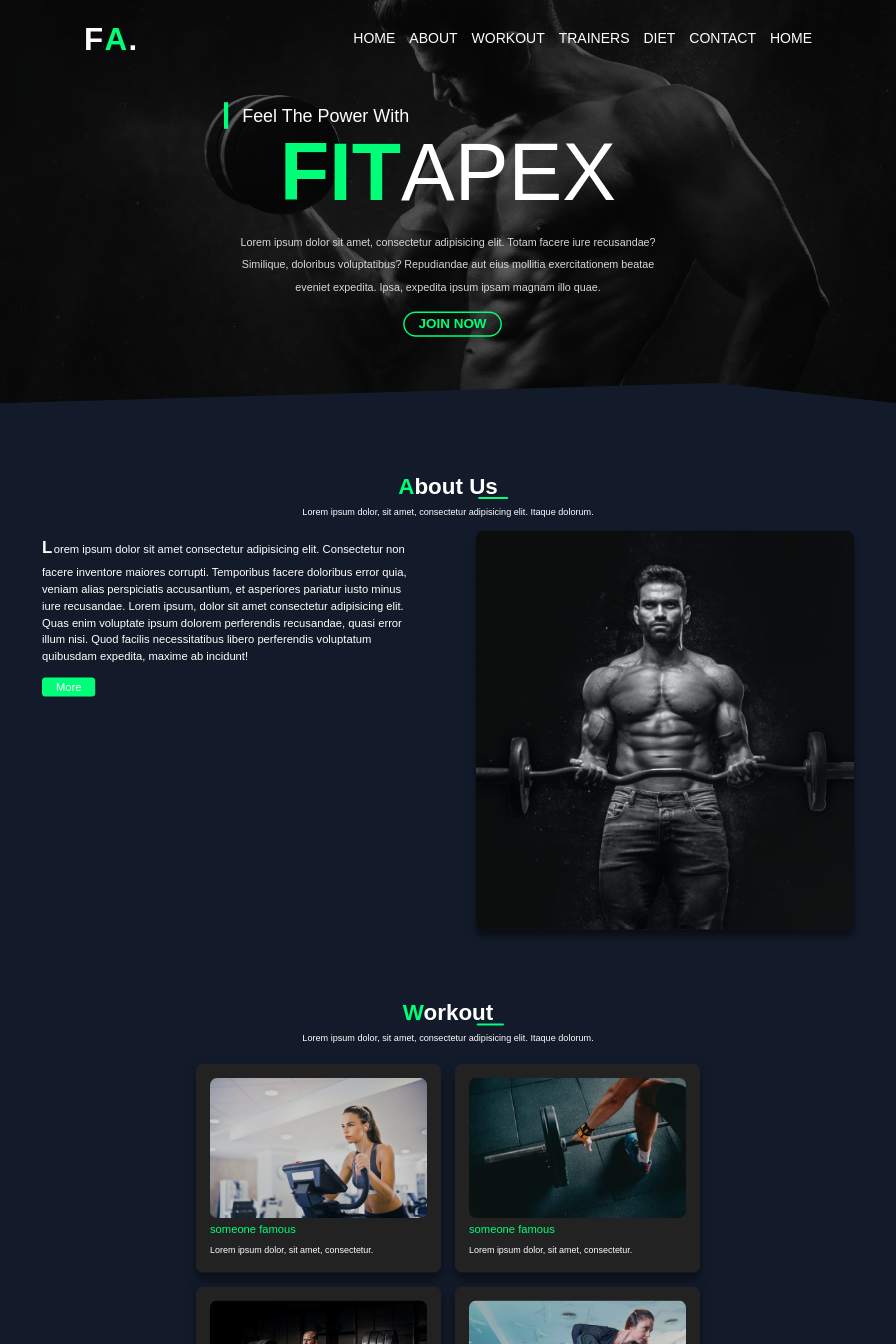
Repository: guilhermecardoso93/fitapex
Page: index.html
An editor plug-in stored every save of this project. The page is shown before and after the next save, followed by the edit.
The browser window is 1280 px wide. The pictures show the part of the page from y = 0 to 1920 px (the page is 7266 px tall), at 70% of full size.

Above is the page before, as saved 2023-03-08 21:36:32.

### index.html
<!DOCTYPE html>
<html lang="pr-BR">
  <head>
    <meta charset="UTF-8" />
    <meta http-equiv="X-UA-Compatible" content="IE=edge" />
    <meta name="viewport" content="width=device-width, initial-scale=1.0" />
    <link rel="stylesheet" href="styles.css" />
    <link
      rel="stylesheet"
      href="https://cdnjs.cloudflare.com/ajax/libs/font-awesome/4.7.0/css/font-awesome.css"
      />
    <title>F.A GYM</title>
  </head>
  <body>
    <div class="navbar">
      <a href="#" class="logo">F<B>A</B>.</a>
      <div class="toggle"></div>
      <ol>
        <li>
          <a href="#home">home</a>
        </li>
        <li>
          <a href="#about">about</a>
        </li>
        <li>
          <a href="#workout">workout</a>
        </li>
        <li>
          <a href="#trainers">trainers</a>
        </li>
        <li>
          <a href="#diet">diet</a>
        </li>
        <li>
          <a href="#contact">contact</a>
        </li>
        <li>
          <a href="#home">home</a>
        </li>
      </ol>
    </div>

    <section id="home" class="home view">
      <div class="highlights">
        <h3>feel the power with</h3>
        <h1><b>FIT</b>APEX</h1>
        <br />
        <p class="tagline">
          Lorem ipsum dolor sit amet, consectetur adipisicing elit. Totam facere
          iure recusandae? Similique, doloribus voluptatibus? Repudiandae aut
          eius mollitia exercitationem beatae eveniet expedita. Ipsa, expedita
          ipsum ipsam magnam illo quae.
        </p>
        <button class="join">join now</button>
      </div>
      <div class="banner" />
      </section>

      <section id="about" class="about view">
        <div class="main">
          <h2><span>A</span>bout Us</h2>
          <h6>
            Lorem ipsum dolor, sit amet, consectetur adipisicing elit. Itaque
            dolorum.
          </h6>
        </div>
        <div class="content">
          <div class="cols">
            <p>
              <b>L</b>orem ipsum dolor sit amet consectetur adipisicing elit.
              Consectetur non facere inventore maiores corrupti. Temporibus
              facere
              doloribus error quia, veniam alias perspiciatis accusantium, et
              asperiores pariatur iusto minus iure recusandae. Lorem ipsum,
              dolor
              sit amet consectetur adipisicing elit. Quas enim voluptate ipsum
              dolorem perferendis recusandae, quasi error illum nisi. Quod
              facilis
              necessitatibus libero perferendis voluptatum quibusdam expedita,
              maxime ab incidunt!
            </p>
            <a href="#">more</a>
          </div>
          <div class="cols">
            <div class="box">
              <img src="./assets/about.jpg" alt="" />
            </div>
          </div>
        </div>
      </section>

      <section id="workout" class="workout view">
        <div class="main">
          <h2><span>W</span>orkout</h2>
          <h6>
            Lorem ipsum dolor, sit amet, consectetur adipisicing elit. Itaque
            dolorum.
          </h6>
        </div>
        <div class="content">
          <div class="frame">
            <div class="box">
              <img src="./assets/workout1.jpg" alt="" />
            </div>
            <div class="title">someone famous</div>
            <p>Lorem ipsum dolor, sit amet, consectetur.</p>
          </div>
          <div class="frame">
            <div class="box">
              <img src="./assets/workout2.jpg" alt="" />
            </div>
            <div class="title">someone famous</div>
            <p>Lorem ipsum dolor, sit amet, consectetur.</p>
          </div>
          <div class="frame">
            <div class="box">
              <img src="./assets/workout3.jpg" alt="" />
            </div>
            <div class="title">someone famous</div>
            <p>Lorem ipsum dolor, sit amet, consectetur.</p>
          </div>
          <div class="frame">
            <div class="box">
              <img src="./assets/workout4.jpg" alt="" />
            </div>
            <div class="title">someone famous</div>
            <p>Lorem ipsum dolor, sit amet, consectetur.</p>
          </div>
          <div class="frame">
            <div class="box">
              <img src="./assets/workout5.jpg" alt="" />
            </div>
            <div class="title">someone famous</div>
            <p>Lorem ipsum dolor, sit amet, consectetur.</p>
          </div>
          <div class="frame">
            <div class="box">
              <img src="./assets/workout6.jpg" alt="" />
            </div>
            <div class="title">someone famous</div>
            <p>Lorem ipsum dolor, sit amet, consectetur.</p>
          </div>
        </div>
      </section>

      <section id="trainers" class="trainers view">
        <div class="main">
          <h2><span>B</span>est<span> T</span>rainers</h2>
          <h6>
            Lorem ipsum dolor, sit amet, consectetur adipisicing elit. Itaque
            dolorum.
          </h6>
        </div>
        <div class="content">
          <div class="frame">
            <div class="box">
              <img src="./assets/trainer1.jpg" alt="" />
            </div>
            <div class="headline">
              <div class="title">someone famous</div>
              <div class="icons">
                <i class="fa fa-facebook"></i>
                <i class="fa fa-twitter"></i>
                <i class="fa fa-linkedin"></i>
              </div>
            </div>
            <p>Lorem ipsum dolor sit, amet consectetur adipisicing elit.</p>
            <a href="">Explore</a>
          </div>
          <div class="frame">
            <div class="box">
              <img src="./assets/trainer2.jpg" alt="" />
            </div>
            <div class="headline">
              <div class="title">someone famous</div>
              <div class="icons">
                <i class="fa fa-facebook"></i>
                <i class="fa fa-twitter"></i>
                <i class="fa fa-linkedin"></i>
              </div>
            </div>
            <p>Lorem ipsum dolor sit, amet consectetur adipisicing elit.</p>
            <a href="">Explore</a>
          </div>
          <div class="frame">
            <div class="box">
              <img src="./assets/trainer3.jpg" alt="" />
            </div>
            <div class="headline">
              <div class="title">someone famous</div>
              <div class="icons">
                <i class="fa fa-facebook"></i>
                <i class="fa fa-twitter"></i>
                <i class="fa fa-linkedin"></i>
              </div>
            </div>
            <p>Lorem ipsum dolor sit, amet consectetur adipisicing elit.</p>
            <a href="">Explore</a>
          </div>
          <div class="frame">
            <div class="box">
              <img src="./assets/trainer4.jpg" alt="" />
            </div>
            <div class="headline">
              <div class="title">someone famous</div>
              <div class="icons">
                <i class="fa fa-facebook"></i>
                <i class="fa fa-twitter"></i>
                <i class="fa fa-linkedin"></i>
              </div>
            </div>
            <p>Lorem ipsum dolor sit, amet consectetur adipisicing elit.</p>
            <a href="">Explore</a>
          </div>
        </div>
      </section>

      <section id="diet" class="diet view">
        <div class="main">
          <h2><span>S</span>pecial<span> D</span>iet</h2>
          <h6>
            Lorem ipsum dolor, sit amet, consectetur adipisicing elit. Itaque
            dolorum.
          </h6>
        </div>
        <div class="content">
          <div class="row">
            <div class="cols a">
              <div class="heading">
                boiled chicken
              </div>
              <p>
                Lorem ipsum dolor sit amet consectetur adipisicing elit.
                Nostrum provident minus distinctio architecto debitis eos
                adipisci ipsum iure qui esse corporis vitae facere aliquid magni
                maiores, sit cupiditate dignissimos amet. Lorem ipsum dolor sit
                amet consectetur adipisicing elit. <br> Repellat non, tempora
                deleniti soluta placeat quam? Dolorem architecto nemo quae nulla
                provident natus quasi perferendis assumenda in, dolor deleniti
                aspernatur est.
              </p>
            </div>
            <div class="cols b">
              <div class="boxes">
                <img src="./assets/diet1.jpg" alt="">
              </div>
            </div>
          </div>
          <div class="row">
            <div class="cols a">
              <div class="heading">
                bread salad
              </div>
              <p>
                Lorem ipsum dolor sit amet consectetur adipisicing elit.
                Nostrum provident minus distinctio architecto debitis eos
                adipisci ipsum iure qui esse corporis vitae facere aliquid magni
                maiores, sit cupiditate dignissimos amet. Lorem ipsum dolor sit
                amet consectetur adipisicing elit. <br> Repellat non, tempora
                deleniti soluta placeat quam? Dolorem architecto nemo quae nulla
                provident natus quasi perferendis assumenda in, dolor deleniti
                aspernatur est.
              </p>
            </div>
            <div class="cols b">
              <div class="boxes">
                <img src="./assets/diet2.jpg" alt="">
              </div>
            </div>
          </div>
          <div class="row">
            <div class="cols a">
              <div class="heading">
                dry fruits
              </div>
              <p>
                Lorem ipsum dolor sit amet consectetur adipisicing elit.
                Nostrum provident minus distinctio architecto debitis eos
                adipisci ipsum iure qui esse corporis vitae facere aliquid magni
                maiores, sit cupiditate dignissimos amet. Lorem ipsum dolor sit
                amet consectetur adipisicing elit. <br> Repellat non, tempora
                deleniti soluta placeat quam? Dolorem architecto nemo quae nulla
                provident natus quasi perferendis assumenda in, dolor deleniti
                aspernatur est.
              </p>
            </div>
            <div class="cols b">
              <div class="boxes">
                <img src="./assets/diet3.jpg" alt="">
              </div>
            </div>
          </div>
          <div class="row">
            <div class="cols a">
              <div class="heading">
                healthy fruits
              </div>
              <p>
                Lorem ipsum dolor sit amet consectetur adipisicing elit.
                Nostrum provident minus distinctio architecto debitis eos
                adipisci ipsum iure qui esse corporis vitae facere aliquid magni
                maiores, sit cupiditate dignissimos amet. Lorem ipsum dolor sit
                amet consectetur adipisicing elit. <br> Repellat non, tempora
                deleniti soluta placeat quam? Dolorem architecto nemo quae nulla
                provident natus quasi perferendis assumenda in, dolor deleniti
                aspernatur est.
              </p>
            </div>
            <div class="cols b">
              <div class="boxes">
                <img src="./assets/diet4.jpg" alt="">
              </div>
            </div>
          </div>
          <div class="row">
            <div class="cols a">
              <div class="heading">
                fresh juices
              </div>
              <p>
                Lorem ipsum dolor sit amet consectetur adipisicing elit.
                Nostrum provident minus distinctio architecto debitis eos
                adipisci ipsum iure qui esse corporis vitae facere aliquid magni
                maiores, sit cupiditate dignissimos amet. Lorem ipsum dolor sit
                amet consectetur adipisicing elit. <br> Repellat non, tempora
                deleniti soluta placeat quam? Dolorem architecto nemo quae nulla
                provident natus quasi perferendis assumenda in, dolor deleniti
                aspernatur est.
              </p>
            </div>
            <div class="cols b">
              <div class="boxes">
                <img src="./assets/diet5.jpg" alt="">
              </div>
            </div>
          </div>
          <div class="row">
            <div class="cols a">
              <div class="heading">
                some proteins
              </div>
              <p>
                Lorem ipsum dolor sit amet consectetur adipisicing elit.
                Nostrum provident minus distinctio architecto debitis eos
                adipisci ipsum iure qui esse corporis vitae facere aliquid magni
                maiores, sit cupiditate dignissimos amet. Lorem ipsum dolor sit
                amet consectetur adipisicing elit. <br> Repellat non, tempora
                deleniti soluta placeat quam? Dolorem architecto nemo quae nulla
                provident natus quasi perferendis assumenda in, dolor deleniti
                aspernatur est.
              </p>
            </div>
            <div class="cols b">
              <div class="boxes">
                <img src="./assets/diet6.jpg" alt="">
              </div>
            </div>
          </div>
        </div>
      </section>

      <section id="contact" class="contact view">
        <div class="main">
          <h2><span>C</span>ontact</h2>
          <h6>Lorem ipsum dolor, sit amet, consectetur adipisicing elit. Itaque dolorum.</h6>
        </div>

        <div class="content">
          <form>
            <input type="text" placeholder="User"/>
            <input type="email" placeholder="Email"/>
            <textarea rows="5" placeholder="What's on your mind"></textarea>
            <br>
            <input type="submit" value="Send" class="button"/>
          </form>
          <div class="bgimg">
          </div>
        </div>
        <section class="copyright">
          copyright <a href="#">WebkitCoding</a> 2023 | All Rights Reserved
        </section>
      </section>

    </body>
    <script src="script.js"></script>
  </html>

### styles.css
@import url("https://fonts.googleapis.com/css2?family=Poppins:wght@400;500&display=swap");

@import "./css/_navbar.css";
@import "./css/_home.css";
@import "./css/_about.css";
@import "./css/_workout.css";
@import "./css/_trainers.css";
@import "./css/_diet.css";
@import "./css/_contact.css";

* {
  margin: 0;
  padding: 0;
  box-sizing: border-box;
  font-family: "Poppisns", sans-serif;
  outline: none;
  color: #fff;
  scroll-behavior: smooth;
}

:root {
  --prime: #00ff79;
}

body {
  background-color: #131b2b;
}

.view {
  width: 100%;
  min-height: 80vh;
  position: relative;
}

### css/_navbar.css
.navbar {
  width: 100%;
  display: flex;
  position: fixed;
  padding: 30px 120px;
  justify-content: space-between;
  z-index: 1111;
  transition: 0.5s ease;
}

.navbar.sticky {
  padding: 6px 60px;
  background: #0c1518;
  box-shadow: 0 0 15px rgba(0, 0, 0, 0.3);
}

.navbar.sticky .logo {
  font-size: 2em;
  color: var(--prime);
}

.navbar.sticky  .logo B {
  color: #fff;
}

.logo {
  font-size: 2.8em;
  font-weight: 800;
  letter-spacing: 2px;
  text-transform: uppercase;
  text-decoration: none;
}

.logo B {
  color: var(--prime);
}

ol {
  display: flex;
  margin: auto 0;
}

ol li {
  list-style: none;
  margin-left: 20px;
}

ol li a {
  font-size: 20px;
  font-weight: 500;
  text-transform: uppercase;
  text-decoration: none;
}

ol li:hover a {
  color: var(--prime);
}

// Responsive
@media screen and (max-width: 900px) {
  .navbar {
    padding: 0 60px;
  }

  .navbar ol {
    display: none;
  }

  .navbar .toggle {
    height: 25px;
    width: 25px;
    margin: auto 0;
    cursor: pointer;
    background: url("../assets/menubar.jpg");
    background-size: 25px;
    background-position: center;
    filter: invert(1);
    background-repeat: no-repeat;
  }
}

### css/_home.css
.home {
  display: flex;
  min-height: 120vh;
  align-items: center;
  justify-content: center;
  clip-path: polygon(0 0, 100% 0, 100% 100%, 80% 95%, 0 100%);
}

.banner {
  height: 100%;
  width: 100%;
  position: absolute;
  background: url("../assets/banner.jpg");
  background-size: cover;
  background-position: center;
  filter: brightness(40%);
}

.highlights {
  width: 50%;
  position: relative;
  display: inline-block;
  justify-content: center;
  z-index: 11;
}

.highlights h3 {
  display: inline;
  font-size: 2vw;
  padding: 5px 20px;
  font-weight: lighter;
  text-transform: capitalize;
  border-left: 6px solid var(--prime);
}

.highlights h1 {
  font-size: 9vw;
  text-align: center;
  font-weight: normal;
}

.highlights b {
  color: var(--prime);
  font-weight: 800;
  font-family: sans-serif;
}

.highlights .tagline {
  color: #d7d7d7;
  font-size: 1.2vw;
  text-align: center;
  font-weight: normal;
  line-height: 32px;
}

.highlights .join {
  position: absolute;
  left: 40%;
  margin-top: 1.2rem;
  padding: 5px 20px;

  transform: tanslateX(-500%);
  font-weight: 800;
  font-size: 1.5vw;
  text-transform: uppercase;

  color: var(--prime);
  border: 2px solid var(--prime);
  border-radius: 50px;
  background: transparent;

  transition: 0.3s ease;
}

.highlights .join:hover {
  color: #fff;
  cursor: pointer;
  letter-spacing: 1.5px;
  background: var(--prime);
}

### css/_about.css
.main {
  width: 100%;
  text-align: center;
  padding-bottom: 20px;
  -webkit-font-smoothing: antialiased;
  -moz-osx-font-smoothing: grayscale;

}

.main h2 {
  font-size: 2.5vw;
  position: relative;
  text-align: center;
  padding-top: 100px;
  display: inline-block;
}

span {
  color: var(--prime);
}

.main h2:before {
  position: absolute;
  content: "";
  background: var(--prime);
  height: 3px;
  width: 30%;
  right: -15px;
  bottom: 0;
  border-radius: 50px;
}

.main h6 {
  margin-top: 10px;
  font-size: 13px;
  font-family: sans-serif;
  font-weight: lighter;
}

.content {
  position: relative;
  display: flex;
  width: 100%;
  padding: 0 20px;
  justify-content: center;
  line-height: 1.5em;
}

.about .content .cols {
  position: relative;
  width: 100%;
  height: 100%;
  padding: 0px 40px;
}

.about .content .cols p b {
  font-size: 24px;
  margin-right: 2px;
  line-height: 2;
}

.about .content .cols a {
  position: relative;
  top: 20px;
  color: #fff;
  background-color: var(--prime);
  padding: 5px 20px;
  border-radius: 5px;
  text-decoration: none;
  text-weight: 500;
  text-transform: capitalize;
}

.about .content .cols a:hover {
  color: #000;
  background: #fff;
}

.about .content .cols .box {
  position: relative;
  height: 570px;
  box-shadow: 0 10px 10px rgba(0, 0, 0, 0.5);
  border-radius: 10px;
}

.about .content .cols .box img {
  position: absolute;
  top: 0;
  left: 0;
  height: 100%;
  width: 100%;
  object-fit: cover;
  border-radius: 10px;
}

### css/_workout.css
.workout .content {
  flex-wrap: wrap;
  max-width: 80%;
  margin: 0 auto;
}

.workout .content .frame {
  position: relative;
  width: 350px;
  padding: 20px;
  margin: 10px;
  background: #222;
  box-shadow: 0 10px 15px rgba(0,0,0,0.5);
  border-radius: 10px;

}

.workout .content .frame .box {
  position: relative;
  height: 200px;
  width: 100%;
  overflow: hidden;
  border-radius: 10px;
}

.workout .content .frame .box img {
  position: absolute;
  height: 100%;
  width: 100%;
  object-fit: cover;
  filter: brightness(80%);
  transition: 0.2s ease-in ;
}

.workout .content .frame .box:hover img {
  filter: brightness(100%);
  transform: scale(1.08) ;
}

.workout .content .frame .title {
  color: var(--prime);
  padding: 5px 0;
}

.workout .content .frame p {
  font-size: 0.8rem;
}

### css/_diet.css
.diet .content {
  flex-direction: column;
}

.diet .content .row {
  display: flex;
  postition: relative;
  width: 100%;
  padding: 20px 0;
  justify-content: center;
}

.diet .content .row:nth-child(odd) .a {
  order: 2;
}

.diet .content .row .cols {
  position: relative;
  width: 600px;
  padding: 20px 50px;
}

.diet .content .row .cols .heading {
  font-size: 2em;
  color: #ff8502;
  text-transform: capitalize;
}

.diet .content .row:nth-child(odd) .heading {
  color: #02a3ff;
}

.diet .content .row .cols .boxes {
  position: relative;
  width: 100%;
  height: 350px;
  padding: 20px;
  border-radius: 8px;
  background: #fff;
  box-shadow: 0 10px 15px rgba(0, 0, 0, 0.5);
}

.diet .content .row .cols .boxes img {
  height: 100%;
  width: 100%;
  object-fit: cover;
  border-radius: 8px;
}

### css/_contact.css
.contact .content {
  min-height: 100vh;
}

.contact .content form {
  margin: auto 0;
  width: 400px;
  height: 500px;
  padding: 20px;
  background: #fff;
  border-radius: 10px;
  box-shadow: 0 10px 15px rgba(0, 0, 0, 0.5);
  z-index: 1;
}

.contact .content form input {
  color: #222;
  width: 100%;
  height: 50px;
  padding: 0 10px;
  font-size: 18px;
  border: 1px solid #878787;
  border-radius: 4px;
  margin: 15px 0;
  background: transparent;
}

.contact .content form textarea {
  width: 100%;
  padding: 10px;
  color: #222;
  font-size: 18px;
  border: 1px solid #878787;
  border-radius: 4px;
  margin: 15px 0;
  background: transparent;
}

.contact .content form input:focus,
.contact .content form textarea:focus {
  border: 2px solid var(--prime);
  transition: 0.1s ease;
}

.contact .content form .button {
  letter-spacing: 1px;
  width: 100px;
  display: inline-block;
  color: var(--prime);
  border-color: var(--prime);
  cursor: pointer;
  transition: 0.2s ease;
}

.contact .content form .button:hover {
  color: #fff;
  border-color: #fff;
  background-color: var(--prime);
}

.contact .content .bgimg {
  position: absolute;
  height: 100%;
  width: 100%;
  background: url("../assets/bgimg.jpg");
  background-size: cover;
  background-position: center;
  filter: brightness(20%);
}

.copyright {
  text-transform: capitalize;
  height: 40px;
  width: 100%;
  background: #222;
  position: absolute;
  bottom: 0;
  text-align: center;
  font-size: 18px;
  line-height:40px;
}

.copyright a {
  color: var(--prime);
  text-decoration: none;
  margin: 0 2px;
  font-weight: lighter;
}

Loaded but not shown: script.js (13 lines, source omitted); css/_trainers.css (87 lines, source omitted)

After the next save:
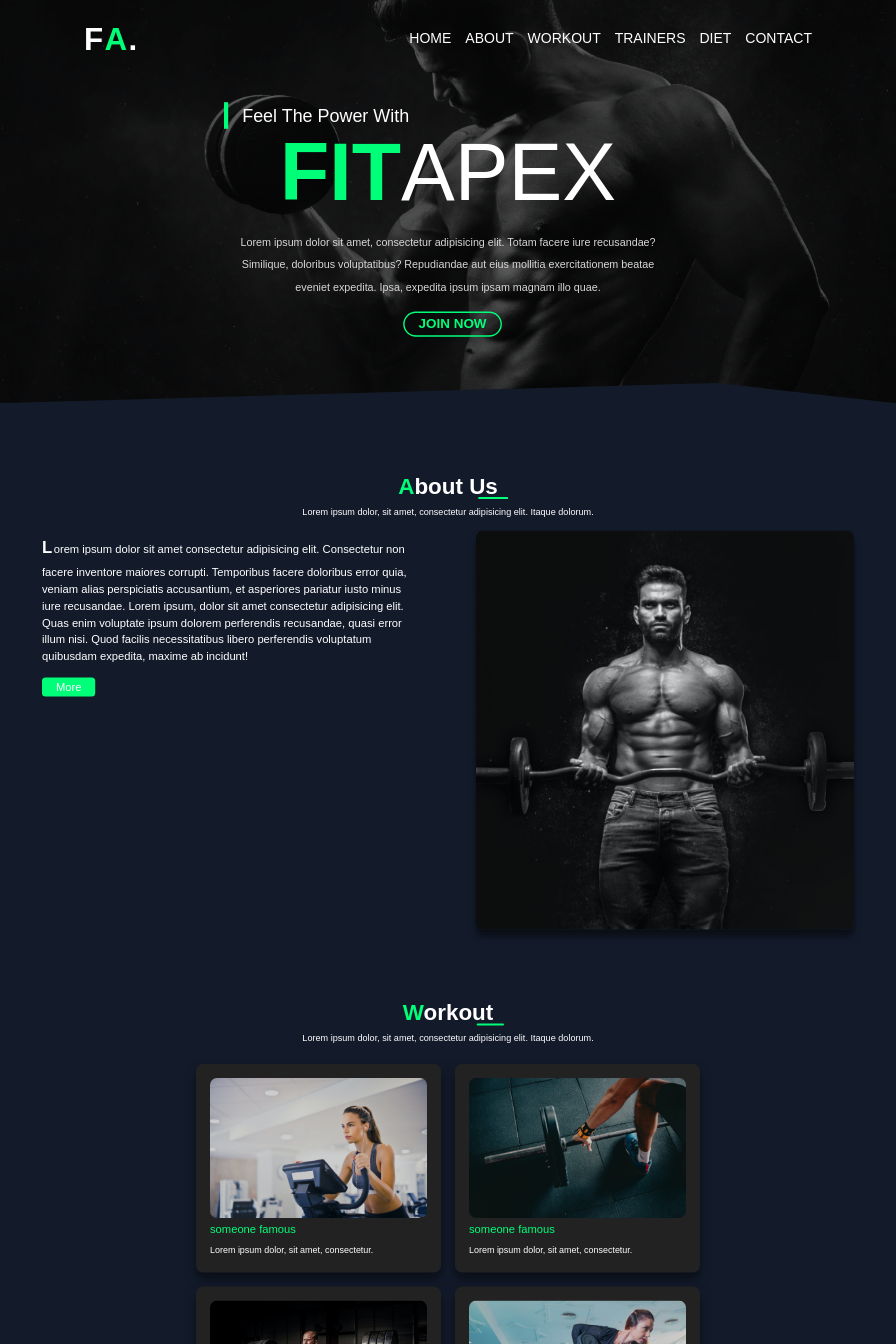
Saved 77 s later.
--- a/index.html
+++ b/index.html
@@ -12,6 +12,7 @@
     <title>F.A GYM</title>
   </head>
   <body>
+
     <div class="navbar">
       <a href="#" class="logo">F<B>A</B>.</a>
       <div class="toggle"></div>
@@ -33,9 +34,6 @@
         </li>
         <li>
           <a href="#contact">contact</a>
-        </li>
-        <li>
-          <a href="#home">home</a>
         </li>
       </ol>
     </div>
